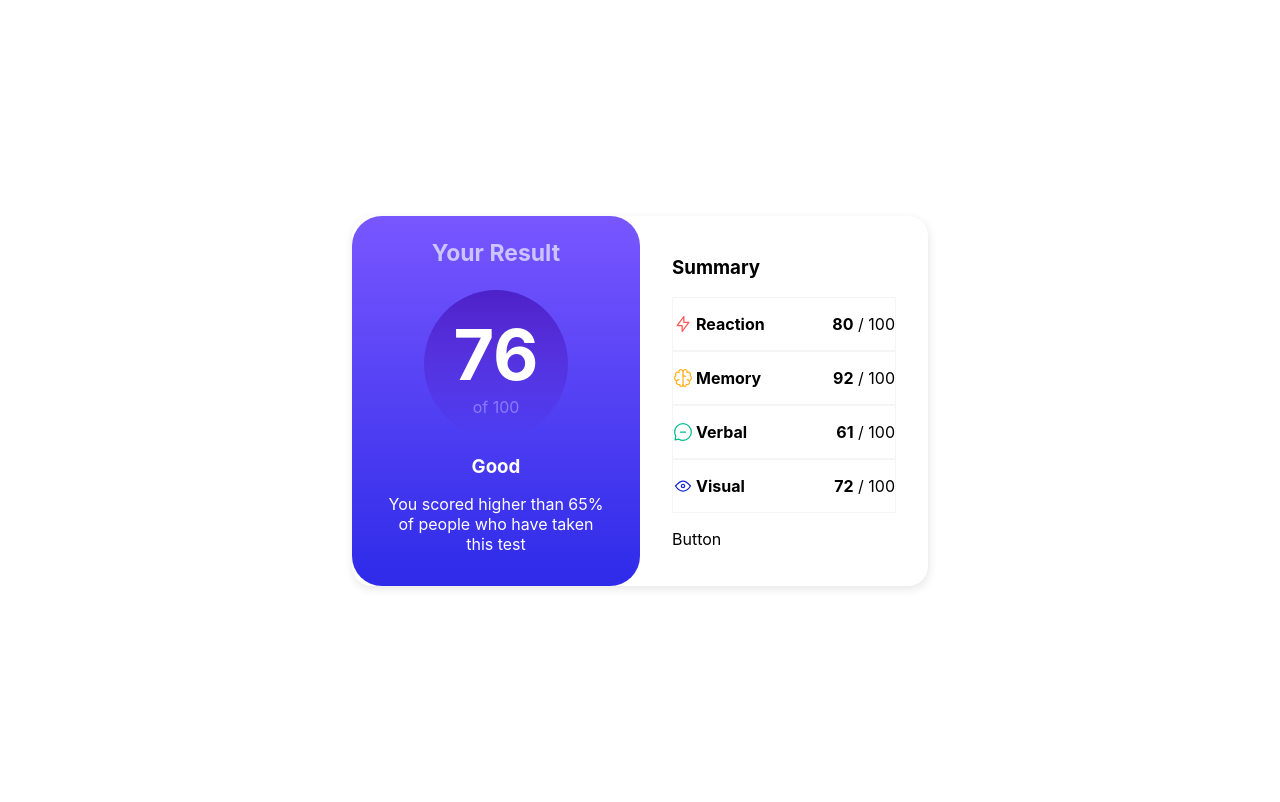
Repository: JeanPaulBassil/Result-Summary-Design
Page: /
These files come from the project's save history. The page is drawn as it stood at one moment and after the next save; the edit follows.
The browser window is 1280 px wide. The pictures show the whole page.
The project was rebuilt for these pictures with package versions that can differ from the ones it lists, and the page was loaded fresh each time.

Above is the page before, as saved 2023-02-24 17:39:01.

### src/index.css
body {
  margin: 0;
  font-family: -apple-system, BlinkMacSystemFont, 'Segoe UI', 'Roboto', 'Oxygen',
    'Ubuntu', 'Cantarell', 'Fira Sans', 'Droid Sans', 'Helvetica Neue',
    sans-serif;
  -webkit-font-smoothing: antialiased;
  -moz-osx-font-smoothing: grayscale;
}

code {
  font-family: source-code-pro, Menlo, Monaco, Consolas, 'Courier New',
    monospace;
}

.app{
  width: 45vw;
  height: 50vh;
  box-shadow: 1px 3px 10px rgba(0, 0, 0, .1);
  border-radius: 20px;
  display: block;
  margin: 30vh auto;
  display: grid;
  grid-template-columns: 1fr 1fr;
  height: auto;
}

### src/App.js
import Result from "./Components/Result/Result"
import Summary from "./Components/Summary/Summary"

export default function App() {
    return (
        <div className="app">
            <Result />
            <Summary />
        </div>
    )
};

### src/Components/Result/Result.js
import Description from "../Description/Description";
import Grade from "../Grade/Grade";
import data from "../../data.json";
import "./Result.css"

export default function Result() {
    const score = Math.floor(data.reduce((totalGrade, category) => totalGrade + category.score , 0) / data.length)

    return (
        <div className="result">
            <h3>Your Result</h3>
            <Grade score={score}/>
            <Description score={score}/>
        </div>
    )
};

### src/Components/Summary/Summary.js
import data from "../../data.json"
import './Summary.css'

export default function Summary() {
    const summary = data.map(part => {
        return (
            <div className={`part ${part.color}`}>
                <div>
                <img className="icon" src={part.icon} alt={part.category}/>
                <p><b>{part.category}</b></p>
                </div>
                <p><b>{part.score}</b> / 100</p>
            </div>
        )
    })

    return (
        <div className="summary">
            <h3>Summary</h3>
            <div>
                {summary}
            </div>
            <p>Button</p>
        </div>
    )
};

### src/Components/Description/Description.js
import "./Description.css"

export default function Description({score}) {
    const performance = _ => {
        if (score >= 90) return ['Excellent', `You scored higher than 85% of people who have taken this test`]
        else if (score >= 80) return ['Great', `You scored higher than 75% of people who have taken this test`]
        else if (score >= 70) return ['Good', `You scored higher than 65% of people who have taken this test`]
        else if (score >= 60) return ['Not enough', `You're above nearly half the people who have taken this test`]
        else return ['Fail', `Most people who have taken this test passed over you`]
    }

    return (
        <div className="description">
            <h3>{performance()[0]}</h3>
            <p>{performance()[1]}</p>
        </div>
    )
};

### src/Components/Grade/Grade.js
import "./Grade.css"

export default function Grade({score}) {
    return (
        <div className="grade">
            <h1>{score}</h1>
            <p>of 100</p>
        </div>
    )
};

### src/data.json


[
  {
    "category": "Reaction",
    "score": 80,
    "icon": "./assets/images/icon-reaction.svg",
    "color": "red"
  },
  {
    "category": "Memory",
    "score": 92,
    "icon": "./assets/images/icon-memory.svg",
    "color": "yellow"
  },
  {
    "category": "Verbal",
    "score": 61,
    "icon": "./assets/images/icon-verbal.svg",
    "color": "green"
  },
  {
    "category": "Visual",
    "score": 72,
    "icon": "./assets/images/icon-visual.svg",
    "color": "blue"
  }
]

### src/Components/Result/Result.css
.result {
    display: grid;
    grid-template-rows: 1fr 2fr 2fr;
    align-items: center;
    justify-items: center;
    height: 100%;
    width: 100%;
    background-image: linear-gradient(to bottom,hsl(252, 100%, 67%), hsl(241, 81%, 54%));
    border-radius: 30px;
    color: white;
}

.result > h3 {
    font-size: 23px;
    color: #cbc4ff;
}

### src/Components/Summary/Summary.css
.part {
    display: flex;
    justify-content: space-between;
    border: 1px solid rgba(0, 0, 0, .04);
}

.icon {
    margin-right: 3px
}

.summary {
    padding: 0 2rem;
    display: flex;
    flex-direction: column;
    justify-content: center;
}

.summary > h3 {
    align-self: flex-start;
}

.part > div {
    display: flex;
    align-items: center;
    justify-content: center;
}

.red {

}

### src/Components/Description/Description.css
.description {
    display: flex;
    flex-direction: column;
    align-items: center;
    justify-content: center;
}

.description > p{
    inline-size: 220px;
    text-align: center;
}

.description > h3 {
    margin: 0;
}

### src/Components/Grade/Grade.css
.grade {
    display: flex;
    flex-direction: column;
    justify-content: center;
    align-items: center;
    background-image: linear-gradient(to bottom, hsla(256, 72%, 46%, 1), hsla(241, 72%, 46%, 0));
    border-radius: 50%;
    inline-size: 50%;
    block-size: 100%;
}

.grade > h1 {
    margin: 0;
    font-size: 70px;
}

.grade > p {
    margin: 0;
    color: #8a7cff;
}

Loaded but not shown: public/index.html (common file); src/index.js (common file)

After the next save:
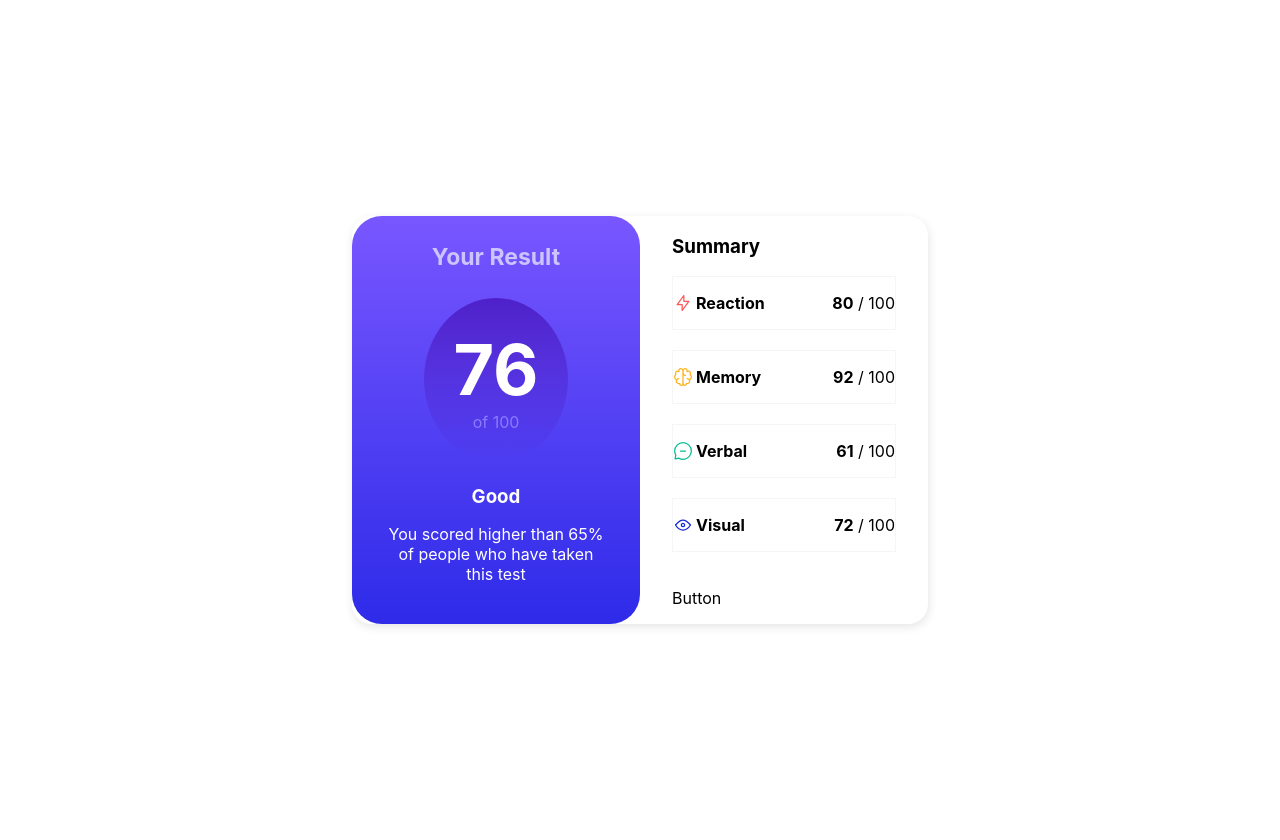
Saved 17 s later.
--- a/src/Components/Summary/Summary.css
+++ b/src/Components/Summary/Summary.css
@@ -2,6 +2,7 @@
     display: flex;
     justify-content: space-between;
     border: 1px solid rgba(0, 0, 0, .04);
+    margin-bottom: 20px
 }
 
 .icon {
